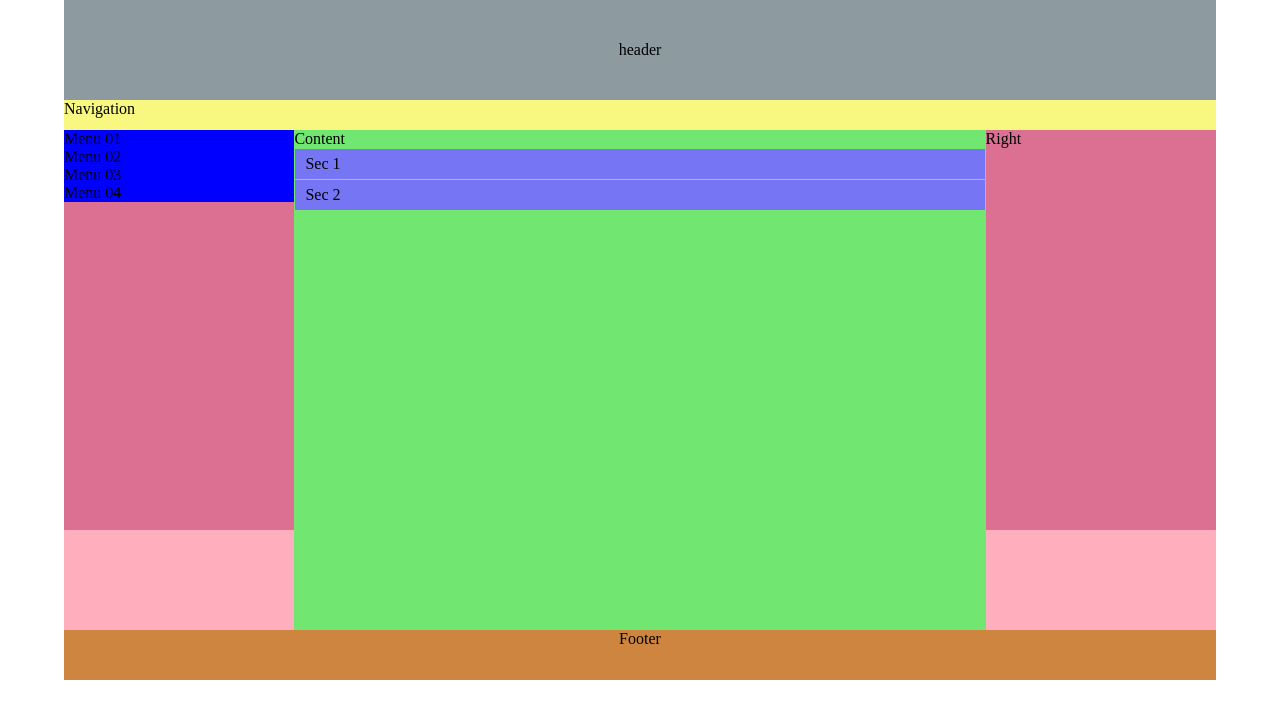
Repository: cvTuananh/Wed-famework
Page: Lab04/lab04/demo04.html
An editor plug-in stored every save of this project. The page is shown before and after a run of saves, followed by the edit.
The browser window is 1280 px wide. The pictures show the whole page.

Above is the page before, as saved 2021-09-28 19:08:00.

### Lab04/lab04/demo04.html
<!DOCTYPE html>
<html lang="en">
<head>
    <meta charset="UTF-8">
    <meta http-equiv="X-UA-Compatible" content="IE=edge">
    <meta name="viewport" content="width=device-width, initial-scale=1.0">
    <title>Document</title>
    <link rel="stylesheet" href="demo04.css">
</head>
<body>
    <div class="container">
        <header>header</header>
        <nav>Navigation</nav>
        <aside>
            <ul class="menu">
                <li>Menu 01</li>
                <li>Menu 02</li>
                <li>Menu 03</li>
                <li>Menu 04</li>
            </ul>
        </aside>
        <article>Content
            <section>Sec 1</section>
            <section>Sec 2</section>
        </article>
        <aside>Right</aside>
        <footer>Footer</footer>
    </div>
</body>
</html>

### Lab04/lab04/demo04.css
body {
    padding : 0 ;
    margin : 0 ;
}
.container{
    background-color: #ffaebe;
    width: 90%;
    padding: 0;
    margin: 0 auto;

}

header{
    background-color: rgb(141, 155, 160);
    height: 100px;
    line-height: 100px;
    text-align: center;
}
nav{
    background-color: rgb(248, 248, 128);
    height: 30px;
}
aside{
    background-color: palevioletred;
    min-height: 400px;
    width:20%;
    float: left; /* sap xep thanh hang */

}
article{
    float: left; /* sap xep thanh hang */
    background-color: rgb(113, 230, 113);
    min-height: 500px;
    width:60%;
}
footer{
    background-color: peru;
    height: 50px;
    text-align: center;
    clear: both;
}
section{
    background-color: rgb(118, 118, 245);
    line-height: 30px;
    height: 30px;
    padding-left: 10px;
    margin: 1px;
}
.menu{
    padding:0%;
    list-style: none;
    margin: 0;
    background-color: blue;
}

After the next 3 saves:
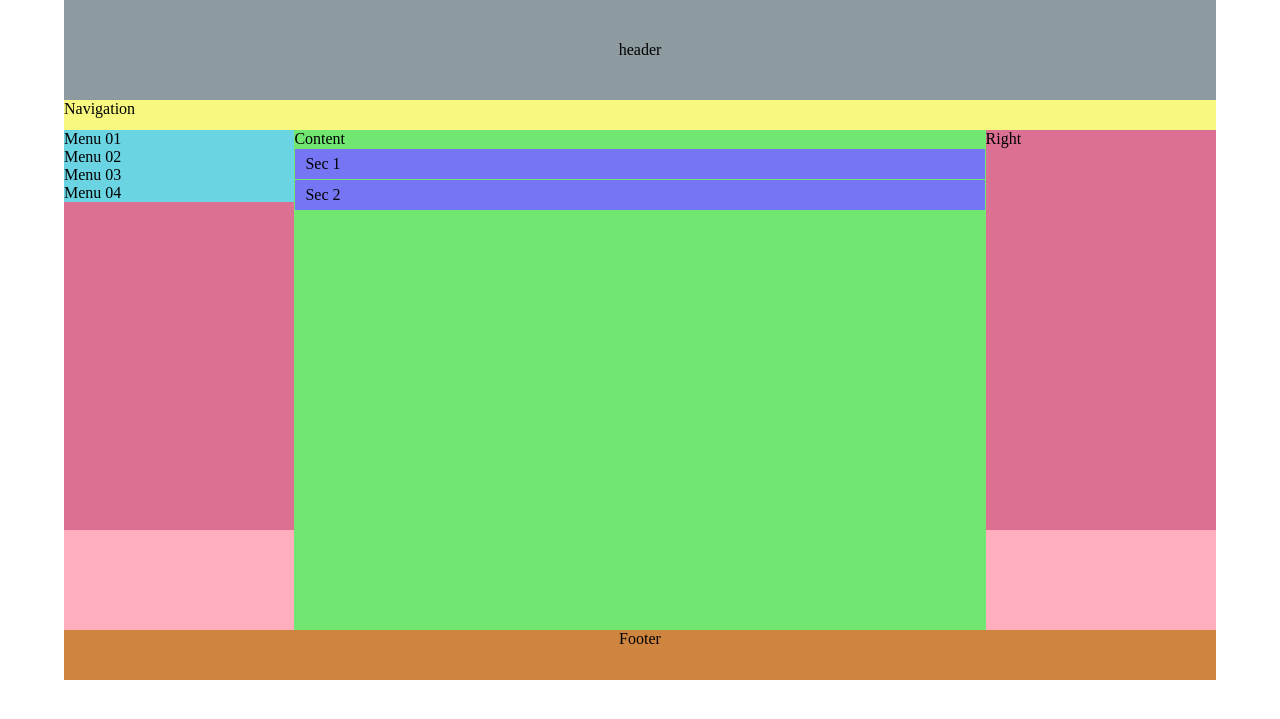
The 3 saves are shown as one change because they came seconds apart.
The last was saved 10 s later.
--- a/Lab04/lab04/demo04.css
+++ b/Lab04/lab04/demo04.css
@@ -50,5 +50,5 @@ section{
     padding:0%;
     list-style: none;
     margin: 0;
-    background-color: blue;
+    background-color: rgb(107, 212, 226);
 }
